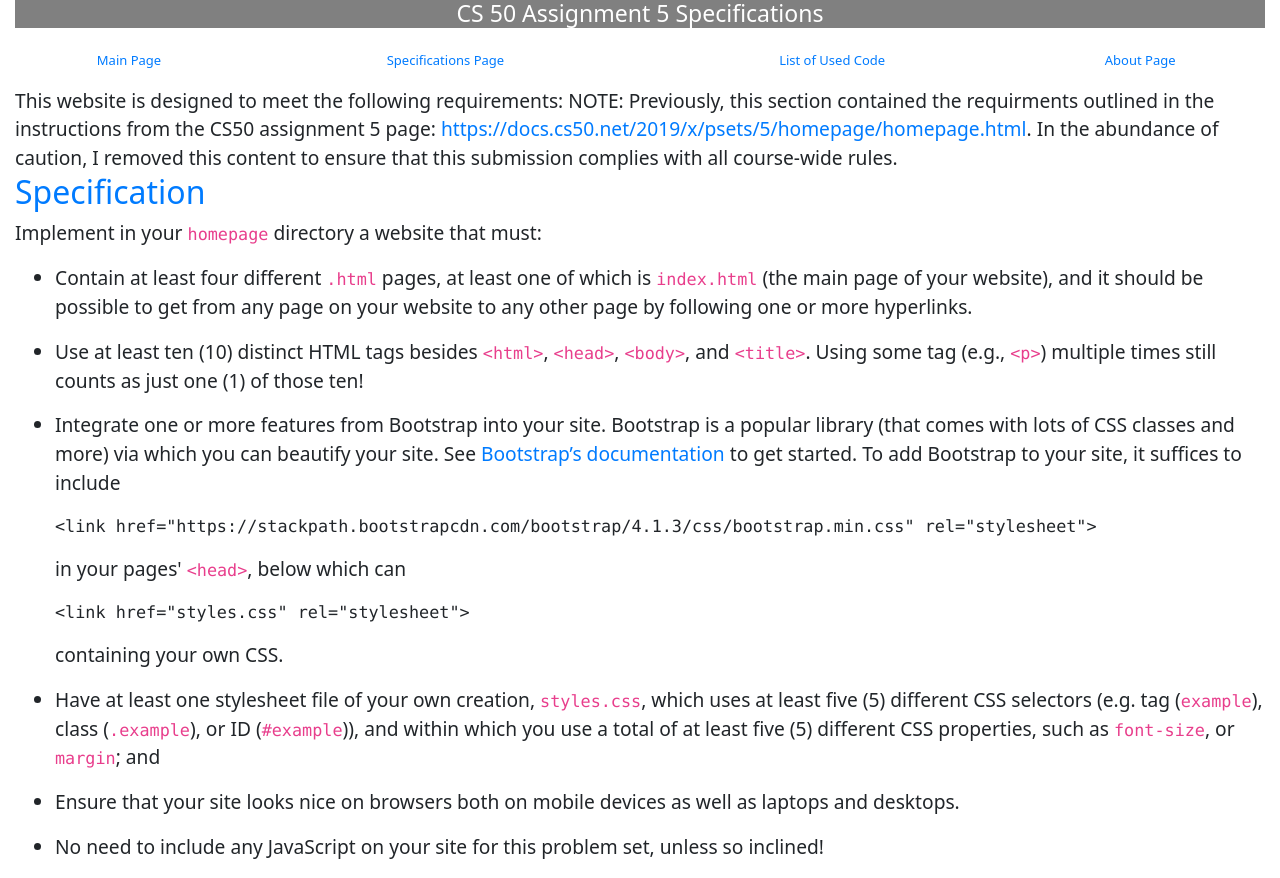
Repository: RSchwinn/cs50
Page: workspace/pset5/homepage/specs.html
The author's editor kept a record of every edit. The page is drawn from the files as they stood at one moment, then again after the next edit.
The browser window is 1280 px wide. The pictures show the whole page.

Above is the page before.

After the next edit:
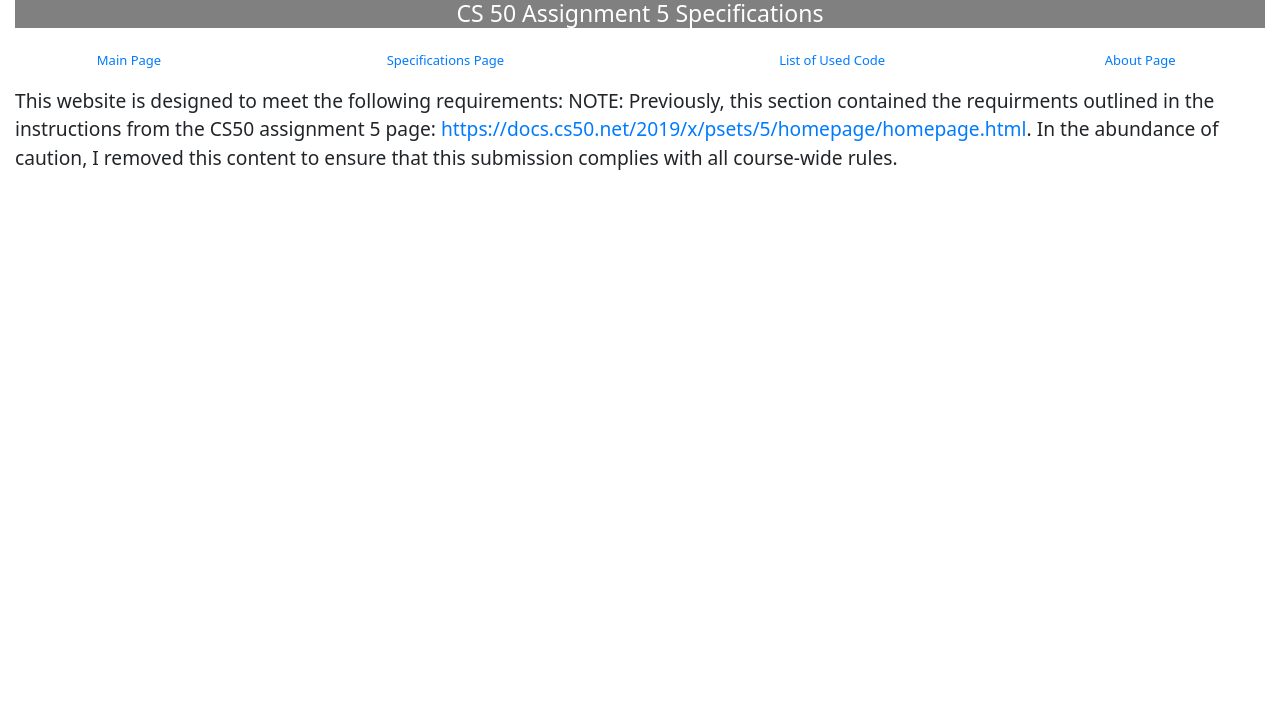
The edit:
--- a/workspace/pset5/homepage/specs.html
+++ b/workspace/pset5/homepage/specs.html
@@ -29,51 +29,8 @@
       page: <a href = "https://docs.cs50.net/2019/x/psets/5/homepage/homepage.html">https://docs.cs50.net/2019/x/psets/5/homepage/homepage.html</a>.
       In the abundance of caution, I removed this content to ensure that this submission complies with all course-wide rules.
 
-        <h2 id="specification"><a class="link" href="#specification">Specification</a></h2>
-        <div class="sectionbody">
-            <div class="paragraph">
-                <p>Implement in your <code>homepage</code> directory a website that must:</p>
-            </div>
-            <div class="ulist">
-                <ul>
-                    <li>
-                        <p>Contain at least four different <code>.html</code> pages, at least one of which is <code>index.html</code> (the main page of your website), and it should be possible to get from any page on your website to any other page by following one or more hyperlinks.</p>
-                    </li>
-                    <li>
-                        <p>Use at least ten (10) distinct HTML tags besides <code>&lt;html&gt;</code>, <code>&lt;head&gt;</code>, <code>&lt;body&gt;</code>, and <code>&lt;title&gt;</code>. Using some tag (e.g., <code>&lt;p&gt;</code>) multiple times still counts as just one (1) of those ten!</p>
-                    </li>
-                    <li>
-                        <p>Integrate one or more features from Bootstrap into your site. Bootstrap is a popular library (that comes with lots of CSS classes and more) via which you can beautify your site. See <a href="https://getbootstrap.com/docs/4.1/getting-started/introduction/">Bootstrap&#8217;s documentation</a> to get started. To add Bootstrap to your site, it suffices to include</p>
-                        <div class="listingblock">
-                            <div class="content">
-                                <pre class="pygments highlight"><code><span></span>&lt;link href=&quot;https://stackpath.bootstrapcdn.com/bootstrap/4.1.3/css/bootstrap.min.css&quot; rel=&quot;stylesheet&quot;&gt;</code></pre>
-                            </div>
-                        </div>
-                        <div class="paragraph">
-                            <p>in your pages' <code>&lt;head&gt;</code>, below which can</p>
-                        </div>
-                        <div class="listingblock">
-                            <div class="content">
-                                <pre class="pygments highlight"><code><span></span>&lt;link href=&quot;styles.css&quot; rel=&quot;stylesheet&quot;&gt;</code></pre>
-                            </div>
-                        </div>
-                        <div class="paragraph">
-                            <p>containing your own CSS.</p>
-                        </div>
-                    </li>
-                    <li>
-                        <p>Have at least one stylesheet file of your own creation, <code>styles.css</code>, which uses at least five (5) different CSS selectors (e.g. tag (<code>example</code>), class (<code>.example</code>), or ID (<code>#example</code>)), and within which you use a total of at least five (5) different CSS properties, such as <code>font-size</code>, or <code>margin</code>; and</p>
-                    </li>
-                    <li>
-                        <p>Ensure that your site looks nice on browsers both on mobile devices as well as laptops and desktops.</p>
-                    </li>
-                    <li>
-                        <p>No need to include any JavaScript on your site for this problem set, unless so inclined!</p>
-                    </li>
-                </ul>
-            </div>
-        </div>
-        </div>
+
+
     <script src="https://code.jquery.com/jquery-3.3.1.slim.min.js" integrity="sha384-q8i/X+965DzO0rT7abK41JStQIAqVgRVzpbzo5smXKp4YfRvH+8abtTE1Pi6jizo" crossorigin="anonymous"></script>
     <script src="https://cdnjs.cloudflare.com/ajax/libs/popper.js/1.14.3/umd/popper.min.js" integrity="sha384-ZMP7rVo3mIykV+2+9J3UJ46jBk0WLaUAdn689aCwoqbBJiSnjAK/l8WvCWPIPm49" crossorigin="anonymous"></script>
     <script src="https://stackpath.bootstrapcdn.com/bootstrap/4.1.3/js/bootstrap.min.js" integrity="sha384-ChfqqxuZUCnJSK3+MXmPNIyE6ZbWh2IMqE241rYiqJxyMiZ6OW/JmZQ5stwEULTy" crossorigin="anonymous"></script>
